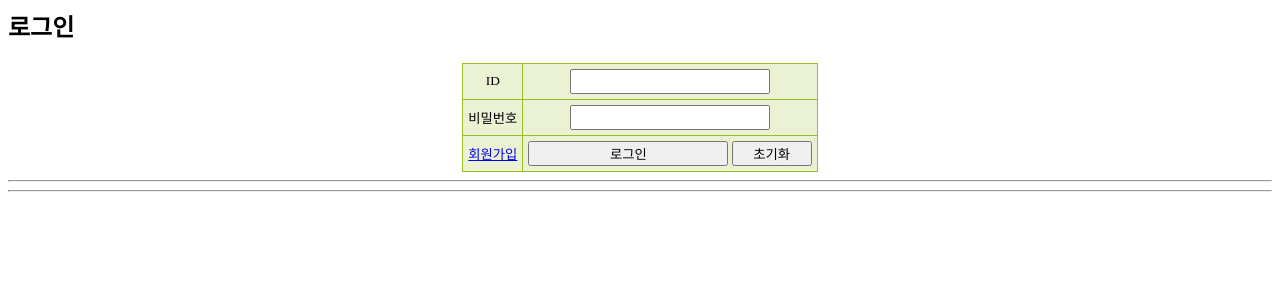
Repository: lmcoa15/Movie
Page: http://localhost/movie/user/user_login.jsp
The author's editor kept a copy of each file at every save. The page is drawn from the files as they stood at one save, then again after the next save.
The browser window is 1280 px wide. The pictures show the whole page.
The page is served by Tomcat 9. Other server files are loaded and not shown.

Above is the page before, as saved 2015-12-08 15:23:46.

### workspace/movie/WebContent/user/user_login.jsp
<%@ page language="java" contentType="text/html; charset=UTF-8" pageEncoding="UTF-8"
	import="java.util.*,movie.admin.*" %>
    <link rel="stylesheet" href="../css/movie_list_css.css" type="text/css" media="screen" />
<!DOCTYPE html PUBLIC "-//W3C//DTD HTML 4.01 Transitional//EN" "http://www.w3.org/TR/html4/loose.dtd">
<html>
<head>
<meta http-equiv="Content-Type" content="text/html; charset=UTF-8">
<title>login</title>
</head>
<%String films_id=request.getParameter("id_film");
	System.out.println(films_id);
	%>
<body>
<h2>로그인</h2>
	<form method ="post" action="membership_control.jsp" name="form1">
	<input type=hidden name="action" value="login">
	<table width="250" border="1"align="center" cellspacing="0"
												cellpadding="5">

	<tr>
		<td>ID</td>
		<td><input type="text" name="name_mem" size=10></td>
	</tr>

	<tr>
		<td>비밀번호</td>
		<td><input type="password" name="password" size=10></td>
	</tr>

	<tr>
		<td><a href="user_membership.jsp">회원가입</a></td>
		<td><input type="Submit" name="login_button" value="로그인" size=1>
			<input type="reset" name="initialization_button" value="초기화" size=1>
		</td>
	</tr>
</table>

<hr><hr>


</body>
</html>

### workspace/movie/WebContent/css/movie_list_css.css
@charset "utf-8";

table{
		width:auto;
		border-collapse:collapse;
		text-align:center;
}

td,th{
		font-size:10pt;
		border:1px solid #98bf21;
		height:30px;
		padding:5px;
}

th{
		background-color:#A7C942;
		color:#ffffff;
		font-family:Georgia;
}

tr td{
		color:#000000;
		background-color:#EAF2D3;
}
input {
		height:25px;
		width:200px;
}
img {
	width:70px;
	height:70px;
}
input [type="submit"],[type="reset"],[type="button"]{
	height:25px;
	width:80px;
}

After the next save:
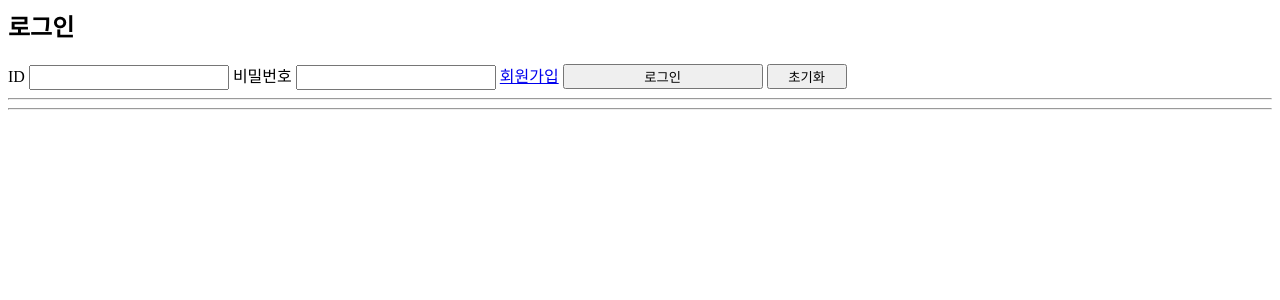
Saved 47 s later.
--- a/workspace/movie/WebContent/user/user_login.jsp
+++ b/workspace/movie/WebContent/user/user_login.jsp
@@ -9,11 +9,12 @@
 </head>
 <%String films_id=request.getParameter("id_film");
 	System.out.println(films_id);
-	%>
+%>
 <body>
 <h2>로그인</h2>
 	<form method ="post" action="membership_control.jsp" name="form1">
 	<input type=hidden name="action" value="login">
+	<input type=hidden name="films_id" value="<%=films_id %>"
 	<table width="250" border="1"align="center" cellspacing="0"
 												cellpadding="5">
 

After the save that followed:
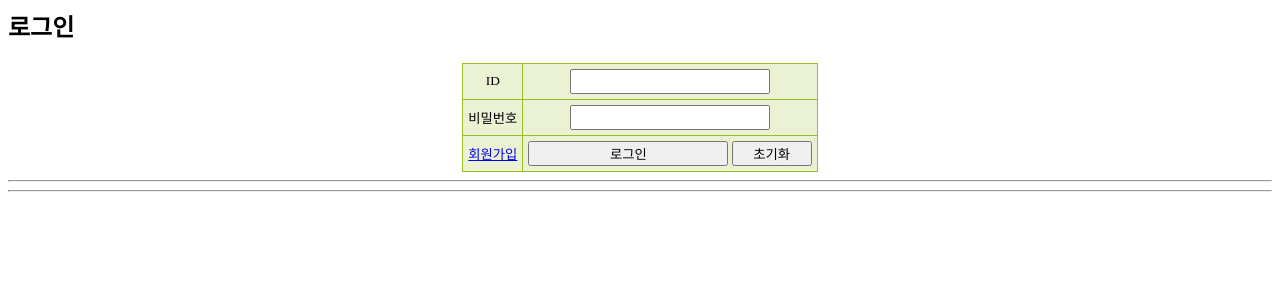
Saved 13 s later.
--- a/workspace/movie/WebContent/user/user_login.jsp
+++ b/workspace/movie/WebContent/user/user_login.jsp
@@ -14,7 +14,7 @@
 <h2>로그인</h2>
 	<form method ="post" action="membership_control.jsp" name="form1">
 	<input type=hidden name="action" value="login">
-	<input type=hidden name="films_id" value="<%=films_id %>"
+	<input type=hidden name="films_id" value=films_id>
 	<table width="250" border="1"align="center" cellspacing="0"
 												cellpadding="5">
 
